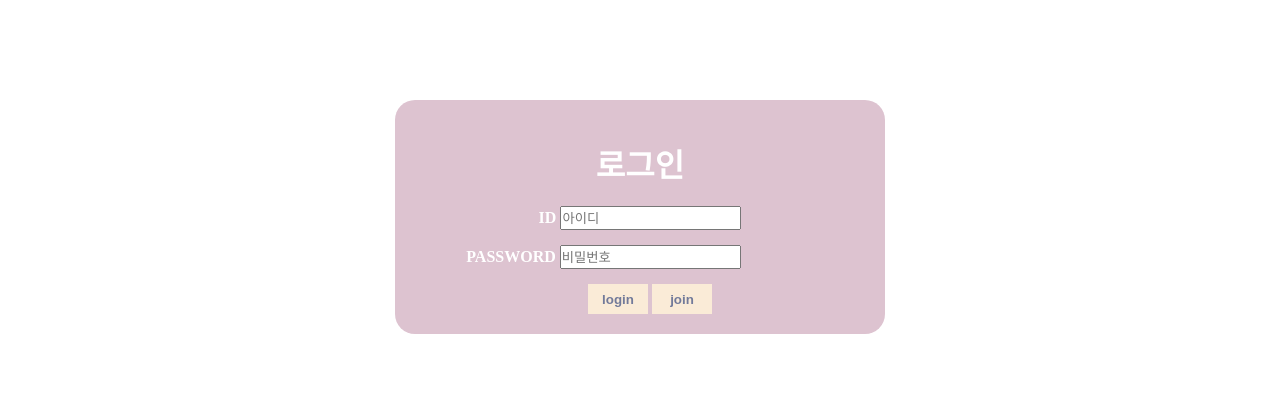
Repository: kayoyo/jsp
Page: http://localhost/BoardWeb_4/login
These files come from the project's save history. The page is drawn as it stood at one moment and after the next save; the edit follows.
The browser window is 1280 px wide. The pictures show the whole page.
The page is served by Tomcat 9. Other server files are loaded and not shown.

Above is the page before, as saved 2020-08-28 07:27:22.

### BoardWeb_4/WebContent/WEB-INF/jsp/user/login.jsp
<%@ page language="java" contentType="text/html; charset=UTF-8"
    pageEncoding="UTF-8"%>
<!DOCTYPE html>
<html>
<head>
<meta charset="UTF-8">
<style>
* { margin:0; padding: 0; }
*:focus{
	outline:none;
}
 a {text-decoration:none; color: black;}
 .err {color: #585858;}
 #container {width: 450px; background-color: #ddc3d0; padding-bottom: 20px;
 			 margin: 0 auto; padding:20px; text-align:center; margin-top: 100px; border-radius: 20px 20px 20px 20px;}
 h1 {margin: 20px; color: white;}
 .pw {margin-right: 73px;}
 .pw, .id {color: white; margin-bottom: 15px; font-weight:bold;}
 input {height : 20px;}
 #loginBtn {width: 60px; height: 30px; margin-left: 20px;
 		color: #727A9A; background-color: #faebd7; font-weight:bold; border:none;}
 #joinBtn {width: 60px; height: 30px; display: inline-block;
 		color: #727A9A; background-color: #faebd7; font-weight:bold; border:none; }



</style>
<title>로그인</title>
</head>
<body>
	<div id="container">
		<h1>로그인</h1>
	<div class="err">${msg}</div>
		<form action="/login" method="post" id="logFrom">
	<div class="id">ID
		<input type="text" name="user_id" placeholder="아이디" value="${data.user_id}">
	</div>
	<div class="pw">PASSWORD
		<input type="password" name="user_pw" placeholder="비밀번호">
	</div>
	<div class="btn">
		<button type="submit" id="loginBtn">login</button>
		<button type="button" id="joinBtn" onclick="clkjoin()">join</button>
	</div>
	</form>
	</div>
	<script>
	function clkjoin(){
		location.href = '/join'
	}
	</script>
</body>
</html>

### BoardWeb_4/src/com/koreait/pjt/user/LoginSer.java
package com.koreait.pjt.user;

import java.io.IOException;
import javax.servlet.ServletException;
import javax.servlet.annotation.WebServlet;
import javax.servlet.http.HttpServlet;
import javax.servlet.http.HttpServletRequest;
import javax.servlet.http.HttpServletResponse;
import javax.servlet.http.HttpSession;

import com.koreait.pjt.Const;
import com.koreait.pjt.MyUtils;
import com.koreait.pjt.ViewResolver;
import com.koreait.pjt.db.UserDAO;
import com.koreait.pjt.vo.LoginHistroryVO;
import com.koreait.pjt.vo.UserVO;


@WebServlet("/login")
public class LoginSer extends HttpServlet {
	private static final long serialVersionUID = 1L;


	protected void doGet(HttpServletRequest request, HttpServletResponse response) throws ServletException, IOException {
		if(request.getRemoteAddr().equals("192.168.2.6")) {
			response.sendRedirect("/blockip");
		}

		ViewResolver.forword("user/login", request, response);
	}
	protected void doPost(HttpServletRequest request, HttpServletResponse response) throws ServletException, IOException {

		String user_id = request.getParameter("user_id");
		String user_pw = request.getParameter("user_pw");
		String encrypt_pw = MyUtils.encryptString(user_pw);

		UserVO param = new UserVO();
		param.setUser_id(user_id);
		param.setUser_pw(encrypt_pw);

		int result = UserDAO.login(param); //param의 주소값

		if(result !=1) {
			request.setAttribute("data", param);
			switch(result) {
			case 2 : request.setAttribute("msg", "비밀번호가 다릅니다");
			break;
			case 3 : request.setAttribute("msg", "아이디가 다릅니다");
			break;
			default : request.setAttribute("msg", "로그인을 실패했습니다");
			}
			param = null;
			doGet(request, response);
			return;
		}

		//로그인 히스토리 기록
		String agent = request.getHeader("User-Agent");
		System.out.println("agent : " + agent);
		String os = getOs(agent);
		String browser = getBrowser(agent);
		String ip_addr = request.getRemoteAddr();

		System.out.println("os : " + os);
		System.out.println("browser : " + browser);
		System.out.println("ip_addr : " + ip_addr);

		LoginHistroryVO ulhVO = new LoginHistroryVO();
		ulhVO.setI_user(param.getI_user());
		ulhVO.setOs(os);
		ulhVO.setIp_addr(ip_addr);
		ulhVO.setBrowser(browser);
		UserDAO.insUserLoginHistory(ulhVO);


		HttpSession hs = request.getSession();
		hs.setAttribute(Const.LOGIN_USER, param);

		System.out.println("로그인 성공");
		response.sendRedirect("/board/list");

	}
	private String getBrowser(String agent) {
		if(agent.toLowerCase().contains("msie")) {
			return "IE";
		} else if(agent.toLowerCase().contains("chrome")) {
			return "chrome";
		} else if(agent.toLowerCase().contains("safari")) {
			return "safari";
		}
		return "";
	}
	private String getOs(String agent) {

		if(agent.contains("mac")) {
			return "mac";
		} else if(agent.toLowerCase().contains("windows")) {
			return "windows";
		} else if(agent.toLowerCase().contains("x11")) {
			return "linux";
		} else if(agent.toLowerCase().contains("android")) {
			return "android";
		} else if(agent.toLowerCase().contains("iphone")) {
			return "ios";
		}
		return "";
	}

}

### BoardWeb_4/src/com/koreait/pjt/ViewResolver.java
package com.koreait.pjt;

import java.io.IOException;

import javax.servlet.ServletException;
import javax.servlet.http.HttpServlet;
import javax.servlet.http.HttpServletRequest;
import javax.servlet.http.HttpServletResponse;

public class ViewResolver {
	public static void forword(String fileNm, HttpServletRequest request, HttpServletResponse response) throws ServletException, IOException{
		String jsp = String.format("/WEB-INF/jsp/%s.jsp", fileNm);
		request.getRequestDispatcher(jsp).forward(request, response);

	}

	//로그인 체크
	public static void forwordLoginChk(String fileNm, HttpServletRequest request, HttpServletResponse response) throws ServletException, IOException {

		if(MyUtils.isLogout(request)) {
			response.sendRedirect("/login"); //로그인이 안되어 있을 때
			return;
		}
		ViewResolver.forword(fileNm, request, response);
	}

}

After the next save:
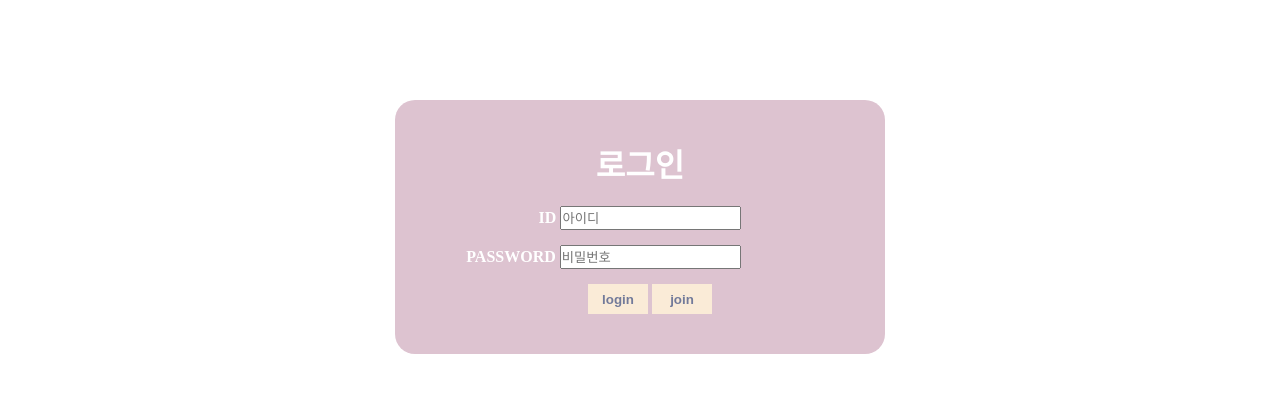
Saved 64 s later.
--- a/BoardWeb_4/WebContent/WEB-INF/jsp/user/login.jsp
+++ b/BoardWeb_4/WebContent/WEB-INF/jsp/user/login.jsp
@@ -11,12 +11,13 @@
 }
  a {text-decoration:none; color: black;}
  .err {color: #585858;}
- #container {width: 450px; background-color: #ddc3d0; padding-bottom: 20px;
+ #container {width: 450px; background-color: #ddc3d0;
  			 margin: 0 auto; padding:20px; text-align:center; margin-top: 100px; border-radius: 20px 20px 20px 20px;}
  h1 {margin: 20px; color: white;}
  .pw {margin-right: 73px;}
  .pw, .id {color: white; margin-bottom: 15px; font-weight:bold;}
  input {height : 20px;}
+ .btn {margin-bottom: 20px }
  #loginBtn {width: 60px; height: 30px; margin-left: 20px;
  		color: #727A9A; background-color: #faebd7; font-weight:bold; border:none;}
  #joinBtn {width: 60px; height: 30px; display: inline-block;
